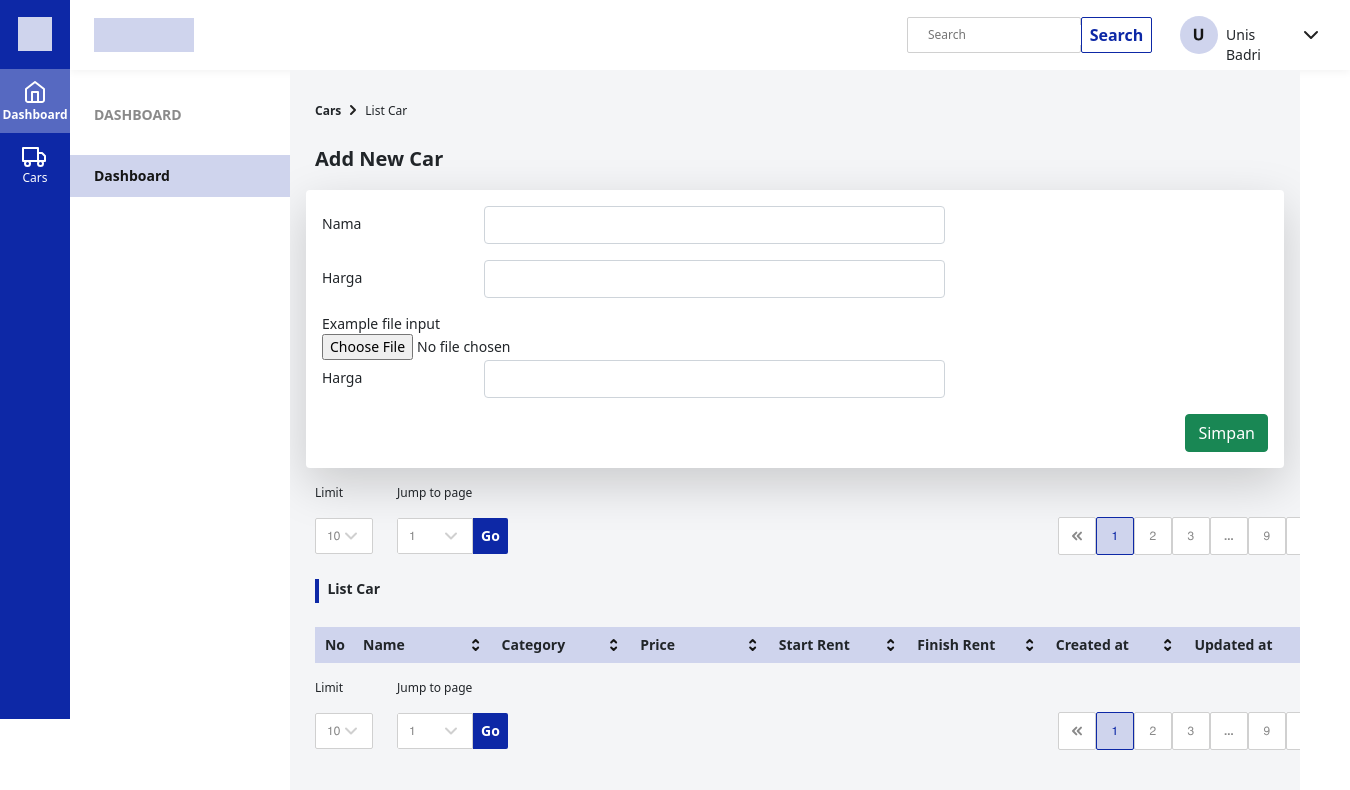
Repository: farrelmuhammad/challenge-7-binar
Page: /carlist/add
The author's editor kept a copy of each file at every save. The page is drawn from the files as they stood at one save, then again after the next save.
The browser window is 1280 px wide. The page is 1350 px wide, so the pictures cover 1350 px, including what lies to the right of the window. The pictures show the whole page.
The project was rebuilt for these pictures with package versions that can differ from the ones it lists, and the page was loaded fresh each time. Also part of the build but not shown: src/component/navbar.js, src/component/header.js, src/component/footer.js, src/App.js, src/component/admin/Dashboard/index.jsx, src/pages/admin/Dashboard.js, src/component/admin/Cars/index.jsx, src/pages/admin/CarsList.js and 2 more.

Above is the page before, as saved 2022-05-27 21:17:44.

After the next save:
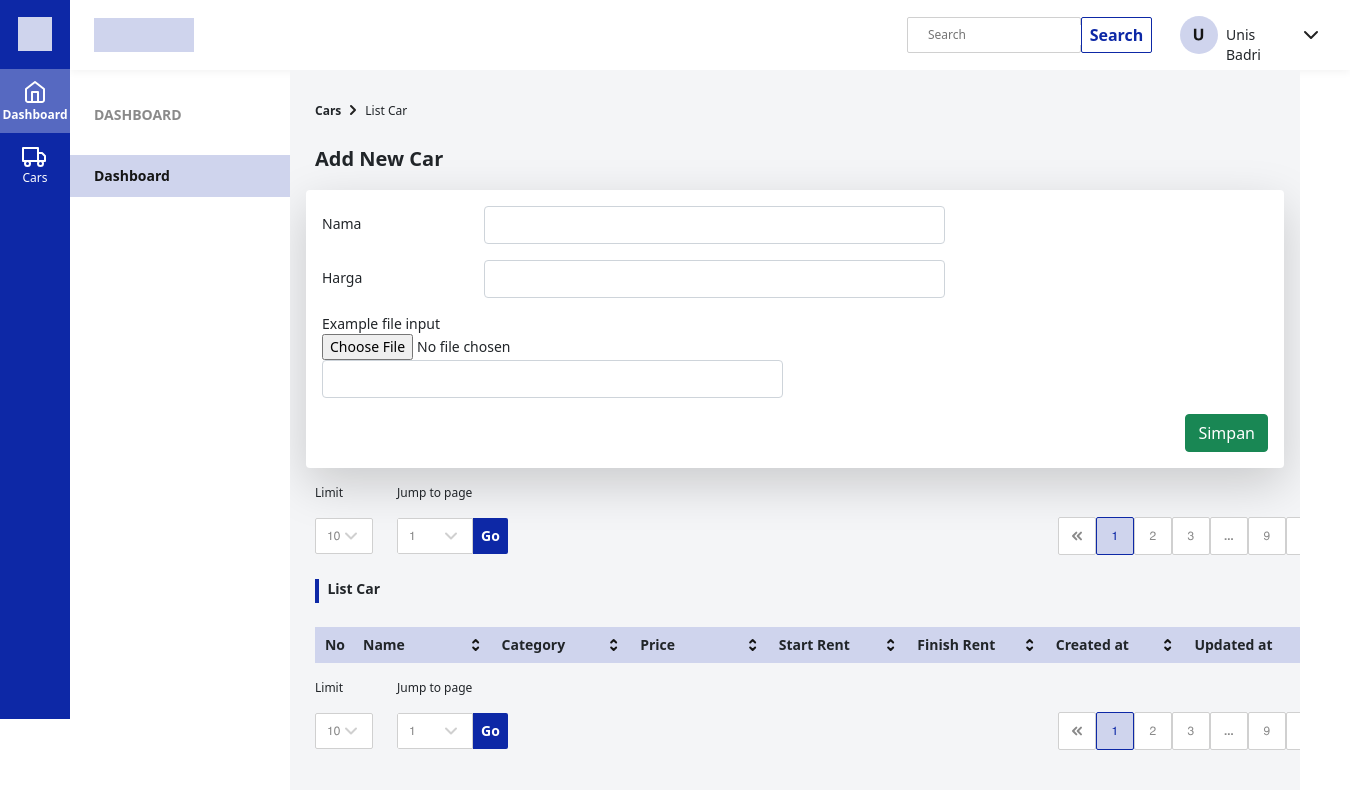
Saved 26 s later.
--- a/src/component/admin/Cars/add/index.jsx
+++ b/src/component/admin/Cars/add/index.jsx
@@ -31,9 +31,8 @@ export const AddCar = () => {
                         </div>
                         <div className="row mb-3">
                             <label for="exampleFormControlFile1">Example file input</label>
+                            <div className="col-sm-6">
                             <input type="file" class="form-control-file" id="exampleFormControlFile1"/>
-                            <label for="inputPassword3" className="col-sm-2 col-form-label">Harga</label>
-                            <div className="col-sm-6">
                             <input type="kode" className="form-control" id="inputKode3"/>
                             </div>
                         </div>
